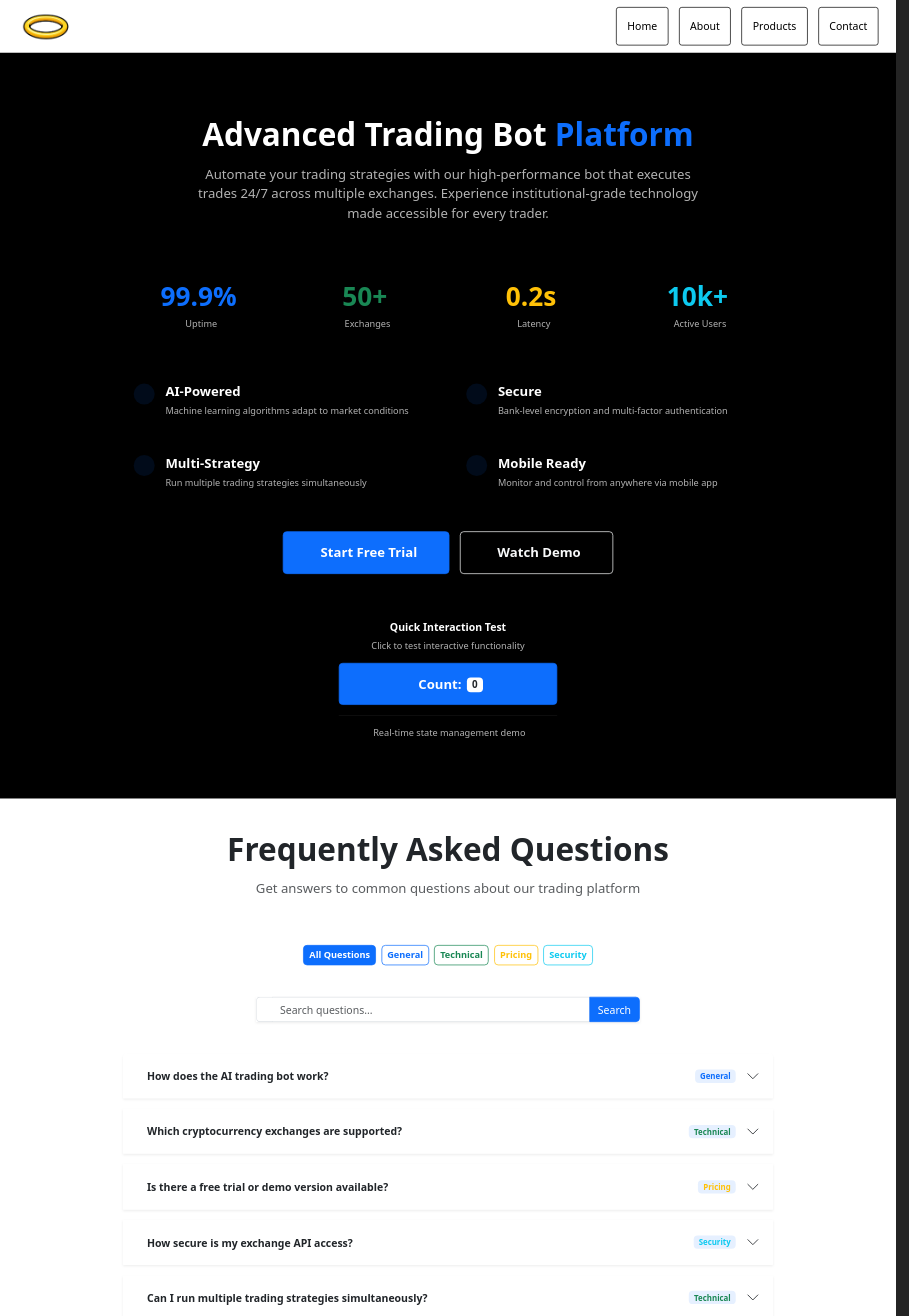
Repository: Kevin-Pro-Codes/halo-trading
Page: /
These files come from the project's save history. The page is drawn as it stood at one moment and after the next save; the edit follows.
The browser window is 1280 px wide. The page is 1280 px wide, then 1298 px, so the pictures cover 1298 px, including what lies to the right of the window. The pictures show the part of the page from y = 0 to 1880 px (the page is 19648 px tall), at 70% of full size.
The page's requests for data from a server got no answer. The project was rebuilt for these pictures with package versions that can differ from the ones it lists, and the page was loaded fresh each time. Some packages were replaced by stand-ins written for this rebuild. No one was signed in, and anything a server would have sent is missing. Also part of the build but not shown: vite.config.js, src/styles/DocStyle.css, src/styles/PricingStyle.css.

Above is the page before, as saved 2025-12-09 20:56:35.

After the next save:
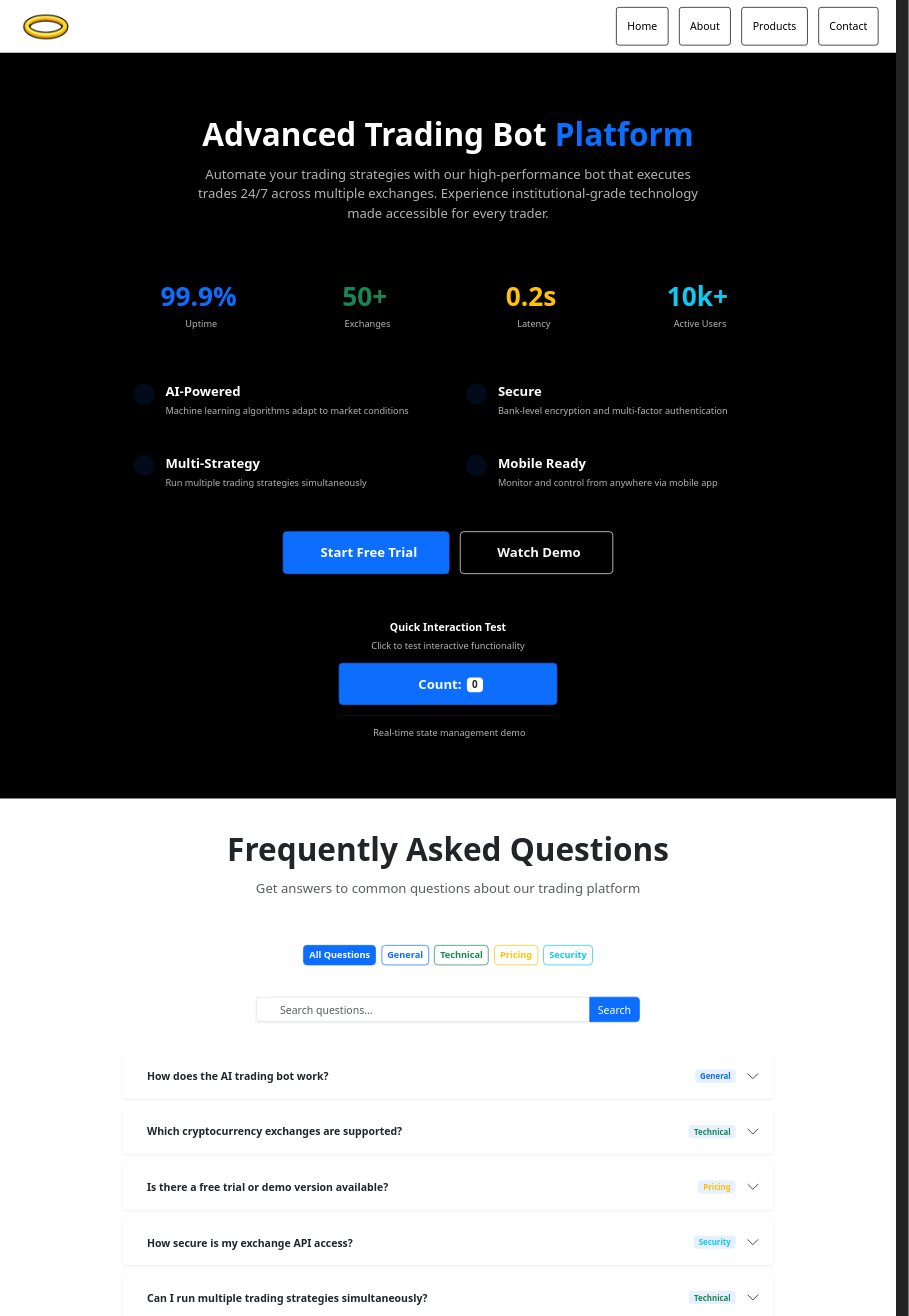
Saved 7 s later.
--- a/src/components/LatestSection.jsx
+++ b/src/components/LatestSection.jsx
@@ -214,7 +214,7 @@ const LatestSection = () => {
 
     {/* Left Box: Newsletter */}
     <div style={{
-      marginLeft: '65px',
+      marginLeft: '165px',
       minWidth: '650px',
       maxWidth: '700px'
     }}>
